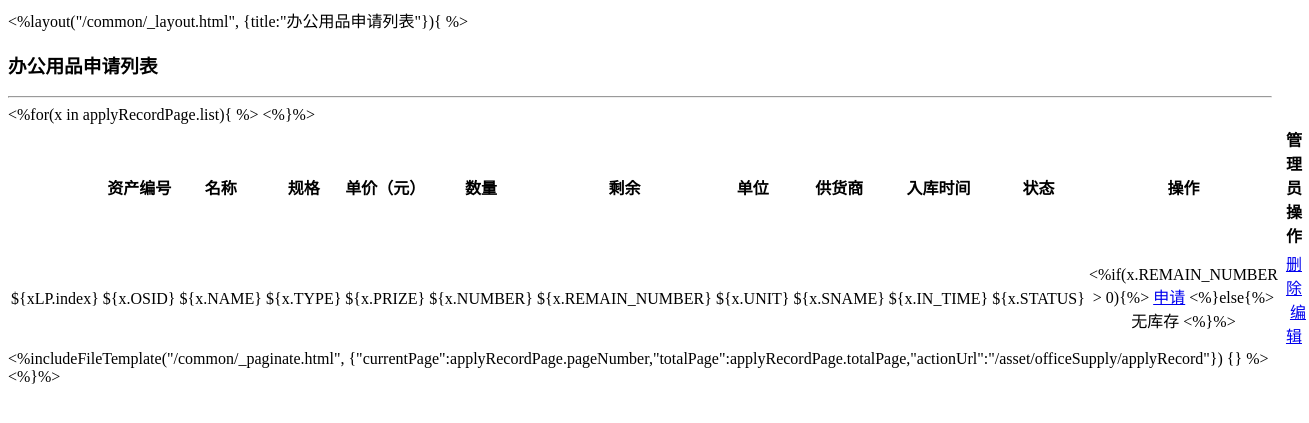
Repository: GaoChengliang/summerTask
Page: Campus_gcl/WebRoot/asset_management/office_supply/apply_examine.html
These files come from the project's save history. The page is drawn as it stood at one moment and after the next save; the edit follows.
The browser window is 1280 px wide. The page is 1309 px wide, then 1280 px, so the pictures cover 1309 px, including what lies to the right of the window. The pictures show the whole page.

Above is the page before, as saved 2015-07-29 12:19:06.

After the next save:
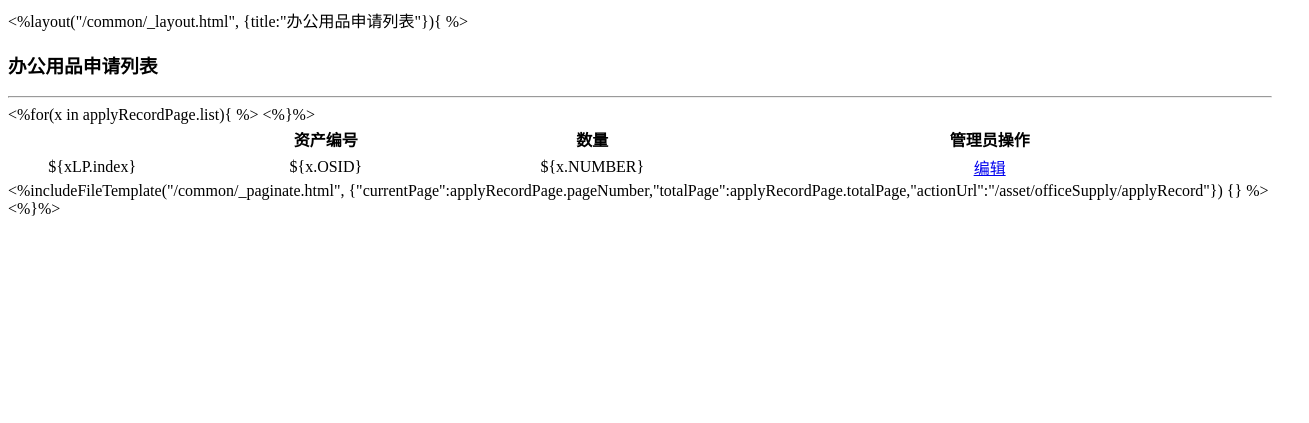
Saved 2 min 54 s later.
--- a/Campus_gcl/WebRoot/asset_management/office_supply/apply_examine.html
+++ b/Campus_gcl/WebRoot/asset_management/office_supply/apply_examine.html
@@ -12,16 +12,7 @@
              	<th hidden="true"></th>
                 <th style="text-align:center; width:3%"></th>
                 <th style="text-align:center; width:8%">资产编号</th>
-                <th style="text-align:center; width:8%">名称</th>
-                <th style="text-align:center; width:8%">规格</th>
-                <th style="text-align:center; width:10%">单价（元）</th>
                 <th style="text-align:center; width:5%">数量</th>
-                <th style="text-align:center; width:5%">剩余</th>
-                <th style="text-align:center; width:7%">单位</th>
-                <th style="text-align:center; width:8%">供货商</th>
-                <th style="text-align:center; width:10%">入库时间</th>
-                <th style="text-align:center; width:8%">状态</th>
-                 <th style="text-align:center; width:8%">操作</th>
                 <th style="text-align:center; width:15%">管理员操作</th>
             </tr>
             </thead>
@@ -31,25 +22,9 @@
                 	<td style="text-align:center;" hidden="true">${x.ID}</td>
                     <td style="text-align:center;">${xLP.index}</td>
                     <td style="text-align:center;">${x.OSID}</td>
-                    <td style="text-align:center;">${x.NAME}</td>
-                    <td style="text-align:center;">${x.TYPE}</td>
-                    <td style="text-align:center;">${x.PRIZE}</td>
                     <td style="text-align:center;">${x.NUMBER}</td>
-                    <td style="text-align:center;">${x.REMAIN_NUMBER}</td>
-                    <td style="text-align:center;">${x.UNIT}</td>
-                    <td style="text-align:center;">${x.SNAME}</td>
-                    <td style="text-align:center;">${x.IN_TIME}</td>
-                    <td style="text-align:center;">${x.STATUS}</td>
                     <td style="text-align:center;">
-                    	<%if(x.REMAIN_NUMBER > 0){%>
-                            <a href="/asset/officeSupply/apply/${x.ID}-${officeSupplyPage.pageNumber}">申请</a>
-                         <%}else{%>
-                         	无库存
-                         <%}%>
-                    </td>
-                    <td style="text-align:center;">
-                            <a href="/asset/officeSupply/delete/${x.ID}">删除</a>
-                            &nbsp;&nbsp;<a href="/asset/officeSupply/edit/${x.ID}-${applyRecordPage.pageNumber}">编辑</a>
+                         <a href="/asset/officeSupply/edit/${x.ID}-${applyRecordPage.pageNumber}">编辑</a>
                     </td>
                 </tr>
             <%}%>
